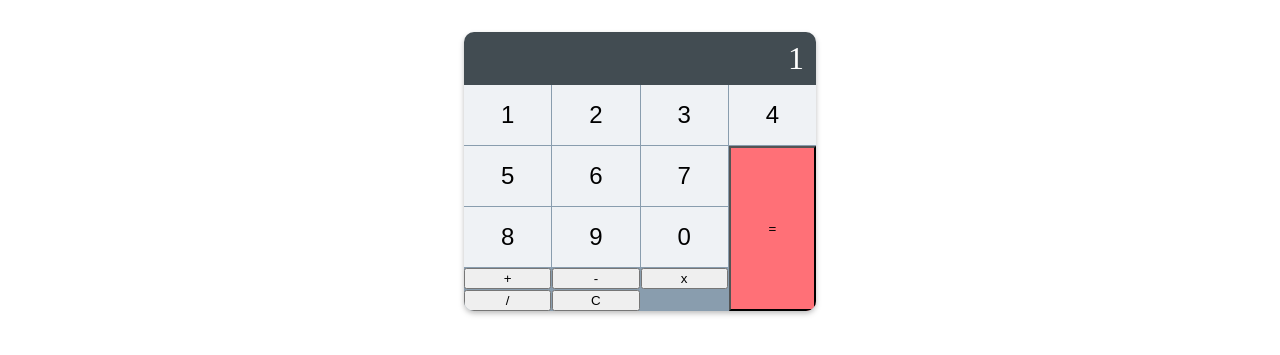
Repository: TEazy2433/LAB-calculator
Page: index.html
The author's editor kept a copy of each file at every save. The page is drawn from the files as they stood at one save, then again after the next save.
The browser window is 1280 px wide. The pictures show the whole page.

Above is the page before, as saved 2023-10-13 17:24:43.

### index.html
<!DOCTYPE html>
<html lang="en">
<head>
  <meta charset="UTF-8">
  <meta name="viewport" content="width=device-width, initial-scale=1.0">
  <title>calculator</title>
  <link rel="stylesheet" href="main.css">
</head>
<body>

  <div class="container">
    <div class="display">1</div>
    <div class="buttons">
      <button class="key">1</button>
      <button class="key">2</button>
      <button class="key">3</button>
      <button class="key">4</button>
      <button class="key">5</button>
      <button class="key">6</button>
      <button class="key">7</button>
      <button class="key">8</button>
      <button class="key">9</button>
      <button class="key">0</button>
      <button class="operator">+</button>
      <button class="operator">-</button>
      <button class="operator">x</button>
      <button class="operator">/</button>
      <button class="equals">=</button>
      <button class="clear">C</button>



    </div>
  </div>


</body>
</html>

### main.css
.container{
  border-radius: 10px;
  box-shadow: 0px 3px 6px 0px rgba(0, 0, 0, 0.15), 0px 2px 4px 0px rgba(0, 0, 0, 0.12);
  margin-inline-start: auto;
  margin-inline-end: auto;
  margin-block-start: 2em;
  max-inline-size: 22rem;
  overflow: hidden;
}
.display{
  background: hsl(202, 11%, 29%);
  color: hsl(255, 100%, 100%);
  font-size: 2rem;
  padding-block-start: 0.5rem;
  padding-block-end: 0.5rem;
  padding-inline-end: 0.75rem;
  text-align: end;
}
.buttons{
  display: grid;
  grid-template-columns: repeat(4, 1fr);
  grid-gap: 1px;
  background: hsl(207, 19%, 61%);
}
.key{
  background: hsl(210, 25%, 95%);
  border: none;
  padding-block-start: 1rem;
  padding-block-end: 1rem;
  padding-inline-end: 1.25rem;
  padding-inline-start: 1.25rem;
  font-size: 1.5rem;
}
.operator{

}
.equals{
  grid-column: 4 / 5;
  grid-row: 2 / span 4;
  background: hsl(357, 100%, 72%);
}

After the next save:
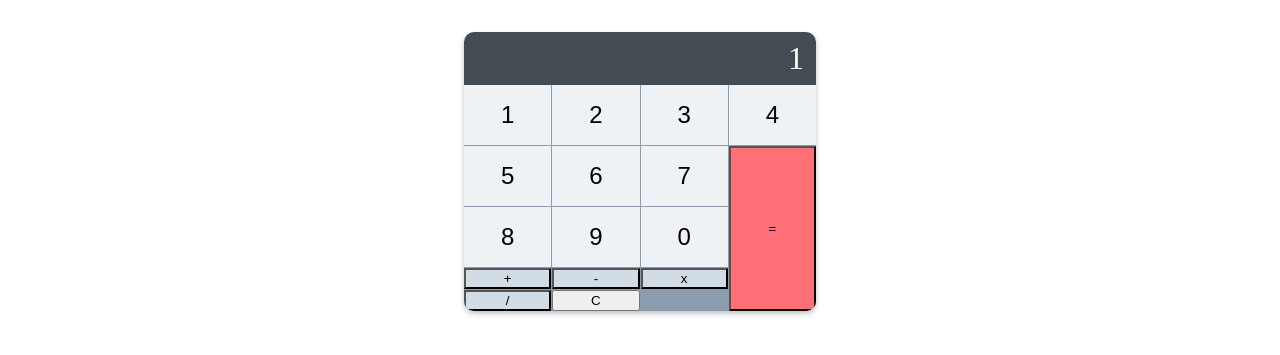
Saved 110 s later.
--- a/main.css
+++ b/main.css
@@ -32,7 +32,7 @@
   font-size: 1.5rem;
 }
 .operator{
-
+  background: hsl(208, 25%, 86%);
 }
 .equals{
   grid-column: 4 / 5;
